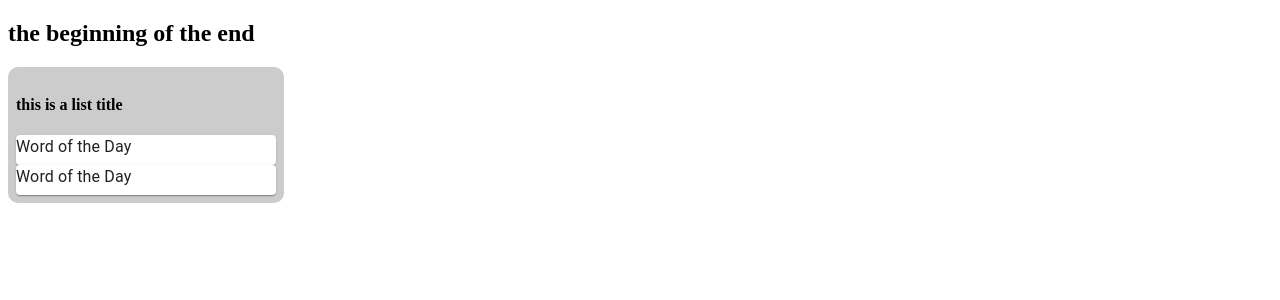
Repository: DesterStorm/Crello
Page: /
An editor plug-in stored every save of this project. The page is shown before and after a run of saves, followed by the edit.
The browser window is 1280 px wide. The pictures show the whole page.
The project was rebuilt for these pictures with package versions that can differ from the ones it lists, and the page was loaded fresh each time.

Above is the page before, as saved 2020-05-12 14:20:50.

### src/index.js
import React from 'react';
import ReactDOM from 'react-dom';
import { Provider } from "react-redux"
import store from './store'
import App from './components/App';
import * as serviceWorker from './serviceWorker';

ReactDOM.render(
  <Provider store={store}>
    <App />
  </Provider>,
  document.getElementById('root')
);

// If you want your app to work offline and load faster, you can change
// unregister() to register() below. Note this comes with some pitfalls.
// Learn more about service workers: https://bit.ly/CRA-PWA
serviceWorker.unregister();

### src/store/index.js
import { createStore } from 'redux'
import rootReducer from '../reducers'



const store = createStore(rootReducer)

export default store

### src/components/App.js
import React, { Component } from 'react';
import CrelloList from './CrelloList'
import { connect } from 'react-redux'

class App extends Component {
  render () {
    const { lists } =  this.props
    return (
      <div className="App">
        <h2>the beginning of the end</h2>
        { lists.map(list => (
          <CrelloList title={list.title} cards={list.cards} />
        ))}
      </div>
    );
  }
}

const mapStateToProps = state => ({
  lists: state.lists
})

export default connect(mapStateToProps)(App);

### src/reducers/index.js
import {combineReducers} from 'redux'
import listsReducer from './listsReducer'

export default combineReducers({
  lists: listsReducer
})

### src/components/CrelloList.js
import React from 'react'
import CrelloCard from './CrelloCard'

const CrelloList = ({title, cards}) => {
  return (
    <div style={styles.container}>
    <h4>{title}</h4>
    { cards.map(card => (
      <CrelloCard text={card.text} />
      ))}
    </div>
  )
}

const styles = {
  container: {
    backgroundColor: '#ccc',
    borderRadius: 10,
    width: 260,
    padding: 8
  }
}

export default CrelloList

### src/reducers/listsReducer.js

const initialState = [
  {
    title: 'this is a list title',
    id: 0,
    cards: [
      {
        id: 0,
        text: 'this is a static card inside a static list'
      },
      {
        id: 1,
        text: 'this will use a mix of material UI, React and styled components'
      }
    ]
  }
]

const listsReducer = (state = initialState, action) => {
  switch (action.type) {
    default:
      return state
  }
}

export default listsReducer

### src/components/CrelloCard.js
import React from 'react'
import Card from '@material-ui/core/Card';
import Typography from '@material-ui/core/Typography';

const CrelloCard = ({text}) => {
  return(
    <Card>
      <Typography gutterBottom>
        Word of the Day
      </Typography>
    </Card>
  )
}

export default CrelloCard

Loaded but not shown: public/index.html (common file); src/serviceWorker.js (common file)

After the next 2 saves:
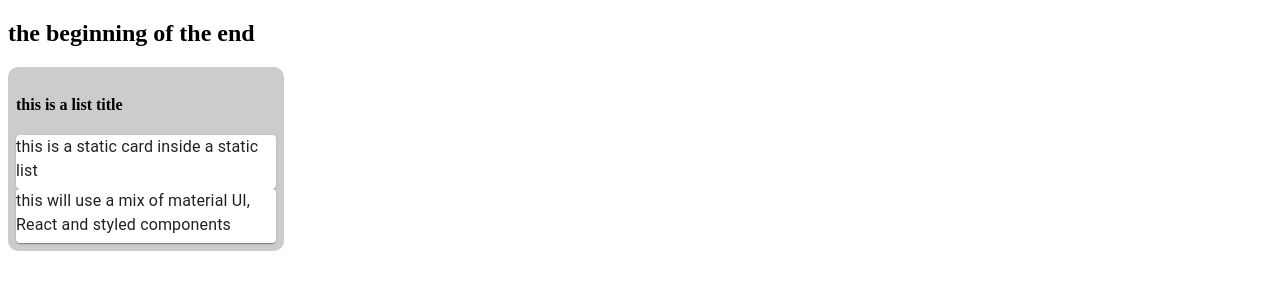
The 2 saves are shown as one change because they came seconds apart.
The last was saved 18 s later.
--- a/src/components/CrelloCard.js
+++ b/src/components/CrelloCard.js
@@ -6,7 +6,7 @@ const CrelloCard = ({text}) => {
   return(
     <Card>
       <Typography gutterBottom>
-        Word of the Day
+        {text}
       </Typography>
     </Card>
   )
